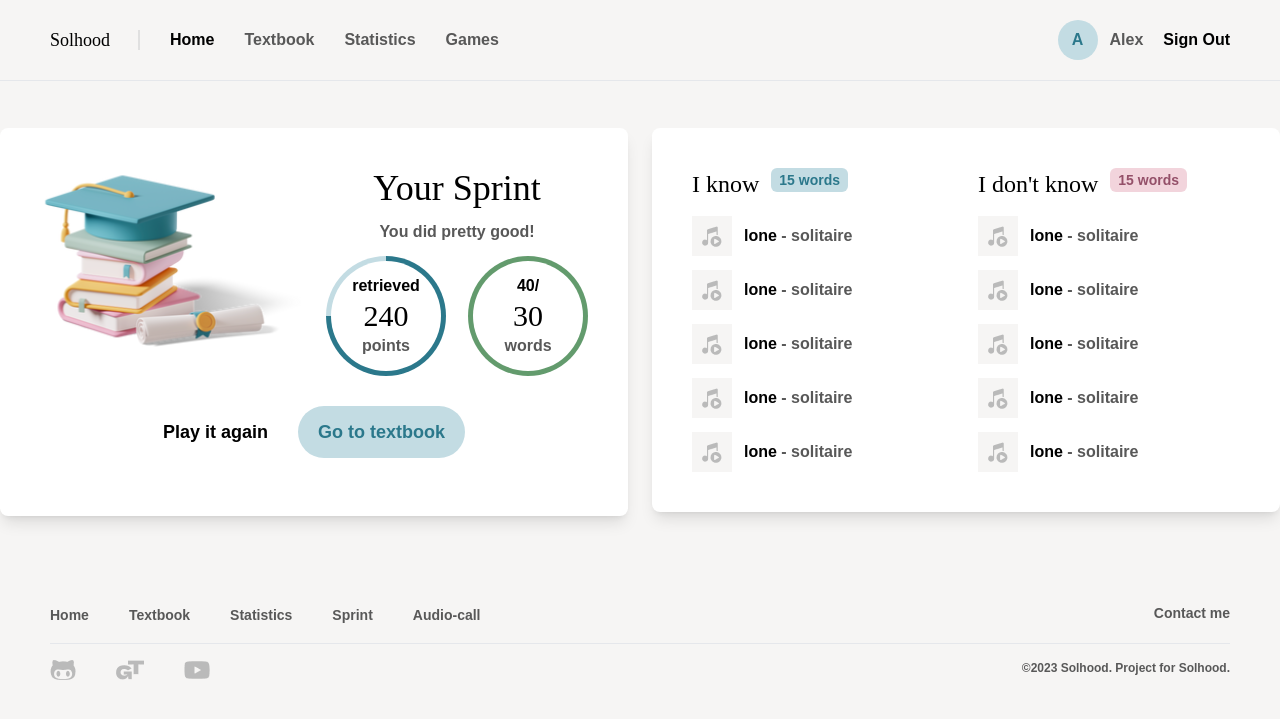
Repository: haudnn/solhood
Page: /sprint/result
The author's editor kept a copy of each file at every save. The page is drawn from the files as they stood at one save, then again after the next save.
The browser window is 1280 px wide. The pictures show the whole page.
The project was rebuilt for these pictures with package versions that can differ from the ones it lists, and the page was loaded fresh each time. Also part of the build but not shown: src/pages/Home.tsx, src/pages/sprint/Sprint.tsx, src/pages/sprint/Game.tsx, src/pages/audio/Audio.tsx, src/pages/audio/Game.tsx, src/pages/audio/Result.tsx, src/hooks/useClickOutSide.ts, src/pages/textbook/WordItem.tsx and 2 more.

Above is the page before, as saved 2023-01-10 22:02:43.

### public/index.html
<!DOCTYPE html>
<html lang="en">
  <head>
    <meta charset="utf-8" />
    <link rel="icon" href="%PUBLIC_URL%/solanaLogoMark.svg" />
    <meta name="viewport" content="width=device-width, initial-scale=1" />
    <meta name="theme-color" content="#000000" />
    <meta
      name="description"
      content="Web site created using create-react-app"
    />
    <link rel="apple-touch-icon" href="%PUBLIC_URL%/logo192.png" />
    <link rel="manifest" href="%PUBLIC_URL%/manifest.json" />
    <title>Solhood | E-Learning Platform</title>
  </head>
  <body>
    <noscript>You need to enable JavaScript to run this app.</noscript>
    <div id="root"></div>
  </body>
</html>

### src/App.tsx
import "./App.css";
import { BrowserRouter } from 'react-router-dom';
import RouterConfig from './config/RouterConfig';
import Footer from "./components/Layout/Footer";
import Header from "./components/Layout/Header";
function App() {
  return (
    <div className="overflow-hidden  App font-montserrat">
      <BrowserRouter>
        <Header />
        <RouterConfig/>
        <Footer/>
      </BrowserRouter>
    </div>
  );
}

export default App;

### src/config/RouterConfig.tsx
import React from 'react'
import { Routes, Route } from 'react-router-dom';
import {router} from '../constants';
const RouterConfig = () => {
  return (
    <Routes>
    {router.map(({ path, component }) => (
      <Route key={path} path={path} element={component} />
    ))}
  </Routes>
  )
}

export default RouterConfig

### src/components/Layout/Footer.tsx
import React from "react";
import github from "../../assets/imgs/github.png";
import GT from "../../assets/imgs/GT.png";
import youtube from "../../assets/imgs/youtube.png";
const Footer = () => {
  return (
    <footer>
      <div className="bg-greyligt py-[40px] px-5 md:px-0">
        <div className="app-container">
          <div className="pb-4 border-b border-solid boder-[greymedium]">
            <div className="grid">
              <div className="row">
                <div className="col l-6 c-6">
                  <ul className="flex flex-col pl-5 md:items-center md:gap-x-10 md:flex-row md:pl-0 gap-y-3 ">
                    <li>
                      <a
                        className="text-sm font-semibold text-greydark"
                        href="/"
                      >
                        Home
                      </a>
                    </li>
                    <li>
                      <a
                        className="text-sm font-semibold text-greydark"
                        href="/textbook"
                      >
                        Textbook
                      </a>
                    </li>
                    <li>
                      <a
                        className="text-sm font-semibold text-greydark"
                        href="/statistics"
                      >
                        Statistics
                      </a>
                    </li>
                    <li>
                      <a
                        className="text-sm font-semibold text-greydark"
                        href="/sprint"
                      >
                        Sprint
                      </a>
                    </li>
                    <li>
                      <a
                        className="text-sm font-semibold text-greydark"
                        href="/audio"
                      >
                        Audio-call
                      </a>
                    </li>
                  </ul>
                </div>
                <div className="col l-6 c-6">
                  <div className="flex items-center justify-start md:justify-end gap-x-10">
                    <a
                      className="text-sm font-semibold text-greydark"
                      href="/me"
                    >
                      Contact me
                    </a>
                  </div>
                </div>
              </div>
            </div>
          </div>
          <div className="pt-4">
            <div className="grid">
              <div className="row">
                <div className="col l-6 c-12">
                  <ul className="flex items-center justify-center mb-5 gap-x-10 md:mb-0 md:justify-start">
                    <li>
                      <a href="/">
                        <img src={github} alt="" />
                      </a>
                    </li>
                    <li>
                      <a href="/">
                        <img src={GT} alt="" />
                      </a>
                    </li>
                    <li>
                      <a href="/">
                        <img src={youtube} alt="" />
                      </a>
                    </li>
                  </ul>
                </div>
                <div className="col l-6 c-12">
                  <div className="flex items-center justify-center md:justify-end">
                    <span className="text-xs font-semibold text-greydark ">
                      ©2023 Solhood. Project for Solhood.
                    </span>
                  </div>
                </div>
              </div>
            </div>
          </div>
        </div>
      </div>
    </footer>
  );
};

export default Footer;

### src/constants/index.ts
import router from "./router"

export {router}

### src/constants/router.tsx
import Home from "../pages/Home";
import Sprint from "../pages/sprint/Sprint";
import SprintGame from "../pages/sprint/Game";
import SprintResult from "../pages/sprint/Result";
import Audio from "../pages/audio/Audio";
import AudioGame from "../pages/audio/Game";
import AudioResult from "../pages/audio/Result";
import TextBook from "../pages/textbook/TextBook";
import Statistics from "../pages/statistics/Statistics";
const router = [
 {
    path: '/',
    component: <Home />,
 },
 {
   path: '/textbook',
   component: <TextBook />,
},
 {
   path: '/statistics',
   component: <Statistics />,
 }
 ,
// Audio
 {
  path: '/audio',
  component: <Audio />,
 },
 {
  path: '/audio/game',
  component: <AudioGame />,
 },
 {
  path: '/audio/result',
  component: <AudioResult />,
 },
// Sprint
 {
  path: '/sprint',
  component: <Sprint />,
  },
 {
  path: '/sprint/game',
  component: <SprintGame />,
 },
 {
  path: '/sprint/result',
  component: <SprintResult />,
 },


]
export default router;

### src/pages/sprint/Result.tsx
import React from "react";
import books from "../../assets/imgs/books.svg";
import play from "../../assets/imgs/play.png";
import sprintResultMobile from "../../assets/imgs/sprintResultMobile.svg";
const Result = () => {
  return (
    <div className="result bg-greyligt">
      <div className="max-w-[1300px] m-auto md:wrapper-calc">
        <div className="flex items-center justify-center w-full h-full">
          <div className="grid">
            <div className="row">
              <div className="col l-6 c-12">
                <div className="p-10 bg-white rounded-lg shadow-lg">
                  <div className="grid">
                    <div className="row">
                      <div className="col l-6 c-12">
                        <div className="hidden md:block">
                          <img
                            src={books}
                            alt=""
                            className="object-cover w-full h-full"
                          />
                        </div>
                        <div className="flex items-center justify-center md:hidden">
                          <img
                            src={sprintResultMobile}
                            alt=""
                            className="object-cover w-[80px] h-[80px]"
                          />
                        </div>
                      </div>
                      <div className="col l-6 c-12">
                        <div>
                          <p className="mb-3 text-4xl font-dela">Your Sprint</p>
                          <p className="mb-3 text-base font-semibold text-greydark">
                            You did pretty good!
                          </p>
                          <div className="flex items-center justify-between">
                            <div>
                              <div
                                style={{
                                  background: `conic-gradient(#2b788b ${270}deg, #c3dce3 0deg)`,
                                }}
                                className="circular-progess-small relative w-[120px] h-[120px] rounded-[50%] flex items-center justify-center"
                              >
                                <div className="relative">
                                  <div className="p-2 text-center ">
                                    <p className="text-base font-semibold">
                                      retrieved
                                    </p>
                                    <div className="flex flex-col items-center">
                                      <p className="text-3xl font-dela">240</p>
                                      <p className="text-base font-semibold text-greydark">
                                        points
                                      </p>
                                    </div>
                                  </div>
                                </div>
                              </div>
                            </div>
                            <div>
                              <div
                                style={{
                                  background: `conic-gradient(#639b6d ${360}deg, #c3dce3 0deg)`,
                                }}
                                className="circular-progess-small relative w-[120px] h-[120px] rounded-[50%] flex items-center justify-center"
                              >
                                <div className="relative">
                                  <div className="p-2 text-center">
                                    <p className="text-base font-semibold">
                                      40/
                                    </p>
                                    <div className="flex flex-col items-center">
                                      <p className="text-3xl font-dela">30</p>
                                      <p className="text-base font-semibold text-greydark">
                                        words
                                      </p>
                                    </div>
                                  </div>
                                </div>
                              </div>
                            </div>
                          </div>
                        </div>
                      </div>
                    </div>
                  </div>
                  <div className="mt-[30px] flex items-center justify-center gap-x-[30px] mb-[18px]">
                    <div>
                      <a href="/" className="text-lg font-bold">
                        Play it again
                      </a>
                    </div>
                    <div>
                      <a
                        href="/"
                        className="inline-block px-5 py-3 rounded-full bg-cyanlight"
                      >
                        <span className="text-lg font-bold text-cyandark">
                          Go to textbook
                        </span>
                      </a>
                    </div>
                  </div>
                </div>
              </div>
              <div className="col l-6 c-12">
                <div className="p-10 bg-white rounded-lg shadow-lg">
                  <div className="grid">
                    <div className="row">
                      <div className="col l-6">
                        <div className="flex items-start mb-4 gap-x-3">
                          <p className="text-2xl font-dela">I know</p>
                          <div className="px-2 rounded-md bg-cyanlight">
                            <span className="text-sm font-semibold text-cyandark">
                              15 words
                            </span>
                          </div>
                        </div>
                        <ul className="scroll overflow-y-scroll max-h-[256px]">
                          <li className="flex items-center flex-start gap-x-3 mb-[14px]">
                            <div className="flex items-center justify-center w-[40px] h-[40px] bg-greyligt cursor-pointer">
                              <img src={play} alt="" className="object-cover" />
                            </div>
                            <div className="text-base font-semibold">
                              <span>lone</span>
                              <span className="text-greydark">
                                {" "}
                                {"-"} solitaire
                              </span>
                            </div>
                          </li>
                          <li className="flex items-center flex-start gap-x-3 mb-[14px]">
                            <div className="flex items-center justify-center w-[40px] h-[40px] bg-greyligt cursor-pointer">
                              <img src={play} alt="" className="object-cover" />
                            </div>
                            <div className="text-base font-semibold">
                              <span>lone</span>
                              <span className="text-greydark">
                                {" "}
                                {"-"} solitaire
                              </span>
                            </div>
                          </li>
                          <li className="flex items-center flex-start gap-x-3 mb-[14px]">
                            <div className="flex items-center justify-center w-[40px] h-[40px] bg-greyligt cursor-pointer">
                              <img src={play} alt="" className="object-cover" />
                            </div>
                            <div className="text-base font-semibold">
                              <span>lone</span>
                              <span className="text-greydark">
                                {" "}
                                {"-"} solitaire
                              </span>
                            </div>
                          </li>
                          <li className="flex items-center flex-start gap-x-3 mb-[14px]">
                            <div className="flex items-center justify-center w-[40px] h-[40px] bg-greyligt cursor-pointer">
                              <img src={play} alt="" className="object-cover" />
                            </div>
                            <div className="text-base font-semibold">
                              <span>lone</span>
                              <span className="text-greydark">
                                {" "}
                                {"-"} solitaire
                              </span>
                            </div>
                          </li>
                          <li className="flex items-center flex-start gap-x-3 mb-[14px]">
                            <div className="flex items-center justify-center w-[40px] h-[40px] bg-greyligt cursor-pointer">
                              <img src={play} alt="" className="object-cover" />
                            </div>
                            <div className="text-base font-semibold">
                              <span>lone</span>
                              <span className="text-greydark">
                                {" "}
                                {"-"} solitaire
                              </span>
                            </div>
                          </li>
                          <li className="flex items-center flex-start gap-x-3 mb-[14px]">
                            <div className="flex items-center justify-center w-[40px] h-[40px] bg-greyligt cursor-pointer">
                              <img src={play} alt="" className="object-cover" />
                            </div>
                            <div className="text-base font-semibold">
                              <span>lone</span>
                              <span className="text-greydark">
                                {" "}
                                {"-"} solitaire
                              </span>
                            </div>
                          </li>
                        </ul>
                      </div>
                      <div className="col l-6">
                        <div className="flex items-start mb-4 gap-x-3">
                          <p className="text-2xl font-dela">I don't know</p>
                          <div className="px-2 rounded-md bg-pinklight">
                            <span className="text-sm font-semibold text-pinkdark">
                              15 words
                            </span>
                          </div>
                        </div>
                        <ul className="scroll overflow-y-scroll max-h-[256px]">
                          <li className="flex items-center flex-start gap-x-3 mb-[14px]">
                            <div className="flex items-center justify-center w-[40px] h-[40px] bg-greyligt cursor-pointer">
                              <img src={play} alt="" className="object-cover" />
                            </div>
                            <div className="text-base font-semibold">
                              <span>lone</span>
                              <span className="text-greydark">
                                {" "}
                                {"-"} solitaire
                              </span>
                            </div>
                          </li>
                          <li className="flex items-center flex-start gap-x-3 mb-[14px]">
                            <div className="flex items-center justify-center w-[40px] h-[40px] bg-greyligt cursor-pointer">
                              <img src={play} alt="" className="object-cover" />
                            </div>
                            <div className="text-base font-semibold">
                              <span>lone</span>
                              <span className="text-greydark">
                                {" "}
                                {"-"} solitaire
                              </span>
                            </div>
                          </li>
                          <li className="flex items-center flex-start gap-x-3 mb-[14px]">
                            <div className="flex items-center justify-center w-[40px] h-[40px] bg-greyligt cursor-pointer">
                              <img src={play} alt="" className="object-cover" />
                            </div>
                            <div className="text-base font-semibold">
                              <span>lone</span>
                              <span className="text-greydark">
                                {" "}
                                {"-"} solitaire
                              </span>
                            </div>
                          </li>
                          <li className="flex items-center flex-start gap-x-3 mb-[14px]">
                            <div className="flex items-center justify-center w-[40px] h-[40px] bg-greyligt cursor-pointer">
                              <img src={play} alt="" className="object-cover" />
                            </div>
                            <div className="text-base font-semibold">
                              <span>lone</span>
                              <span className="text-greydark">
                                {" "}
                                {"-"} solitaire
                              </span>
                            </div>
                          </li>
                          <li className="flex items-center flex-start gap-x-3 mb-[14px]">
                            <div className="flex items-center justify-center w-[40px] h-[40px] bg-greyligt cursor-pointer">
                              <img src={play} alt="" className="object-cover" />
                            </div>
                            <div className="text-base font-semibold">
                              <span>lone</span>
                              <span className="text-greydark">
                                {" "}
                                {"-"} solitaire
                              </span>
                            </div>
                          </li>
                          <li className="flex items-center flex-start gap-x-3 mb-[14px]">
                            <div className="flex items-center justify-center w-[40px] h-[40px] bg-greyligt cursor-pointer">
                              <img src={play} alt="" className="object-cover" />
                            </div>
                            <div className="text-base font-semibold">
                              <span>lone</span>
                              <span className="text-greydark">
                                {" "}
                                {"-"} solitaire
                              </span>
                            </div>
                          </li>
                        </ul>
                      </div>
                    </div>
                  </div>
                </div>
              </div>
            </div>
          </div>
        </div>
      </div>
    </div>
  );
};

export default Result;

Loaded but not shown: src/index.tsx (common file); src/App.css (common file); tailwind.config.js (33 lines, source omitted); src/index.css (762 lines, source omitted); src/components/Layout/Header.tsx (167 lines, source omitted)

After the next save:
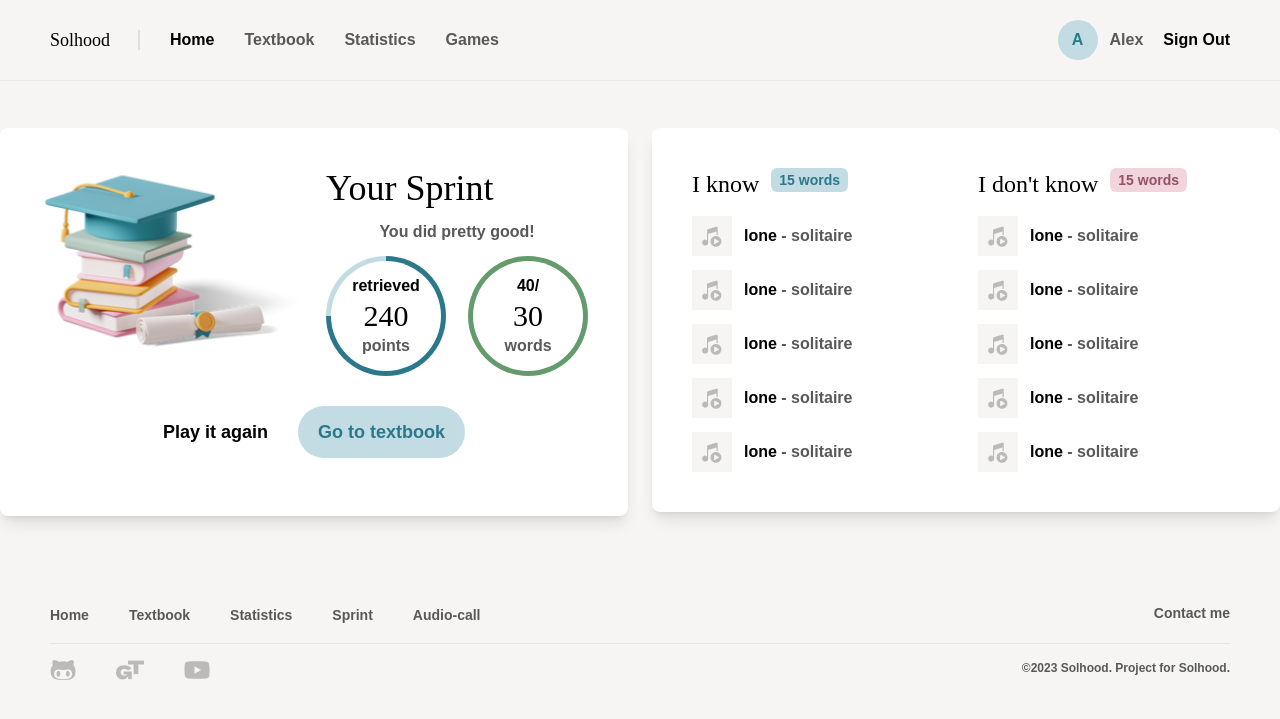
Saved 35 s later.
--- a/src/pages/sprint/Result.tsx
+++ b/src/pages/sprint/Result.tsx
@@ -31,7 +31,7 @@ const Result = () => {
                       </div>
                       <div className="col l-6 c-12">
                         <div>
-                          <p className="mb-3 text-4xl font-dela">Your Sprint</p>
+                          <p className="mb-3 text-4xl text-center font-dela md:text-start">Your Sprint</p>
                           <p className="mb-3 text-base font-semibold text-greydark">
                             You did pretty good!
                           </p>
